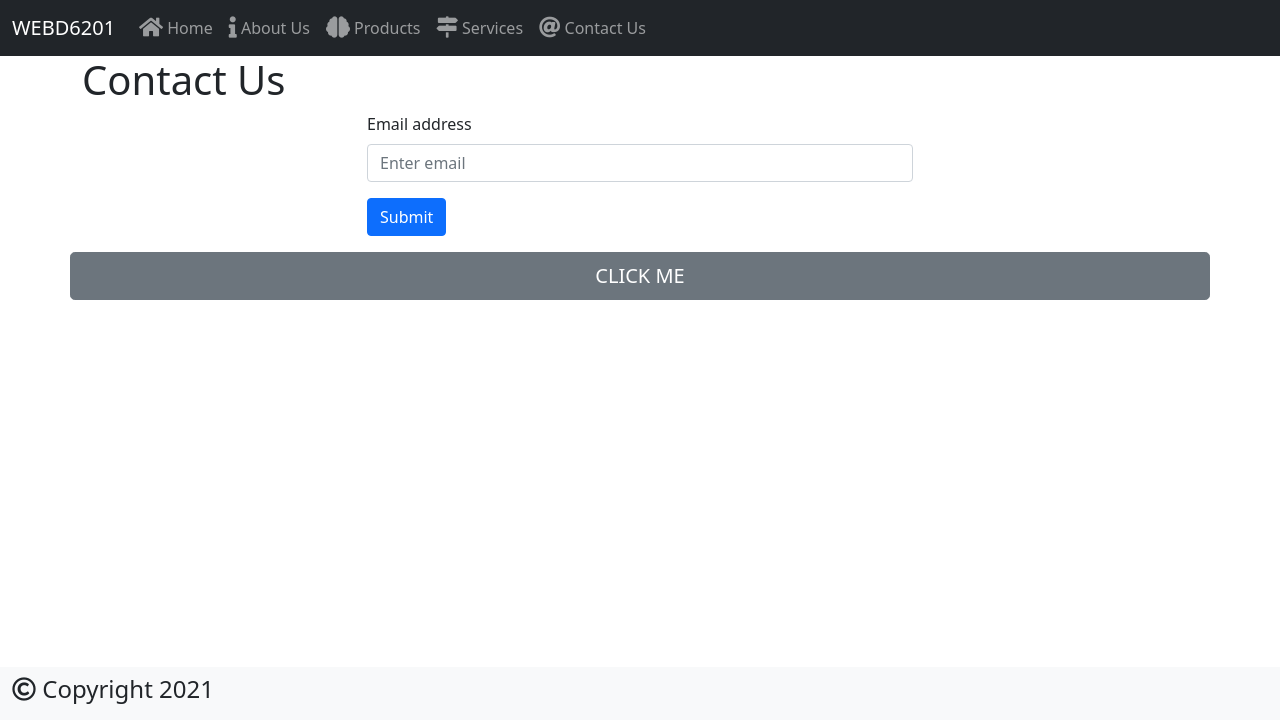
Repository: GarlicButterBoy/WEBD6201-Week1
Page: contact.html
These files come from the project's save history. The page is drawn as it stood at one moment and after the next save; the edit follows.
The browser window is 1280 px wide. The pictures show the whole page.

Above is the page before, as saved 2021-01-21 09:22:16.

### contact.html
<!DOCTYPE html>
<html lang="en">
<head>
    <meta charset="UTF-8">
    <meta name="viewport" content="width=device-width, initial-scale=1.0">
    <title>Contact Us</title>

    <!-- CSS Section -->
    <link rel="stylesheet" href="./node_modules/bootstrap/dist/css/bootstrap.min.css">
    <link rel="stylesheet" href="./node_modules/@fortawesome/fontawesome-free/css/all.min.css">
    <link rel="stylesheet" href="./Content/app.css">

</head>
<body>
       <!-- Main Nav Header -->

       <header>
         <!--Main Navigation-->
        <nav class="navbar navbar-expand-lg navbar-dark bg-dark">
            <div class="container-fluid">
              <a class="navbar-brand" href="index.html">WEBD6201</a>
              <button class="navbar-toggler" type="button" data-bs-toggle="collapse" data-bs-target="#navbarSupportedContent" aria-controls="navbarSupportedContent" aria-expanded="false" aria-label="Toggle navigation">
                <span class="navbar-toggler-icon"></span>
              </button>
              <div class="collapse navbar-collapse" id="navbarSupportedContent">
                <ul class="navbar-nav ml-auto mb-2 mb-lg-0">

                  <li class="nav-item">
                    <a class="nav-link" aria-current="page" href="index.html">
                        <i class="fas fa-home fa-lg"></i> Home</a>
                  </li>

                  <li class="nav-item">
                    <a class="nav-link" aria-current="page" href="about.html">
                        <i class="fas fa-info fa-lg"></i> About Us</a>
                  </li>

                  <li class="nav-item">
                    <a class="nav-link" aria-current="page" href="products.html">
                        <i class="fas fa-brain fa-lg"></i> Products</a>
                  </li>

                  <li class="nav-item">
                    <a class="nav-link" aria-current="page" href="services.html">
                        <i class="fas fa-map-signs fa-lg"></i> Services</a>
                  </li>

                  <li class="nav-item  active">
                    <a class="nav-link" aria-current="page" href="contact.html">
                        <i class="fas fa-at fa-lg"></i> Contact Us</a>
                  </li>

                </ul>
              </div>
            </div>
          </nav>
    </header>
<!--Main Content-->
    <main class="container">
        <h1>Contact Us</h1>

        <div class="row justify-content-lg-center">
        <form class="col-lg-6 col-md-10 col-sm-10">

          <div class="mb-3">
            <label for="exampleInputEmail1" class="form-label">Email address</label>
            <input type="email" class="form-control" id="exampleInputEmail1" aria-describedby="emailHelp" placeholder="Enter email">
          </div>

          <button type="submit" class="btn btn-primary">Submit</button>
        </form>

        <p id="paragraphOne" ></p>
        <button class="btn btn-secondary btn-lg" id="clickMeButton">CLICK ME</button>

      </div>
    </main>
<!--Main Footer-->
    <footer>
        <nav class="navbar fixed-bottom navbar-light bg-light">
            <div class="container-fluid">
              <h4><i class="far fa-copyright" ></i> Copyright 2021</h4>
            </div>
        </nav>
    </footer>

    <!-- JavaScript Section -->
    <script src="./node_modules/jquery/dist/jquery.min.js"></script>
    <script src="./node_modules/bootstrap/dist/js/bootstrap.bundle.min.js"></script>
    <script src="./Scripts/app.js"></script>

</body>
</html>

### Content/app.css
/*
 * Custom CSS goes here!
 */

### Scripts/app.js
/*
 * Custom Scripts go here!
 */

//IIFE - Immediately Invoked Function Expression
//AKA - Anonymous Self-Executing Function
//Closure - Limits Scope Leak

"use strict";

(function()
{

    function displayHome()
    {

    }

    function displayAbout()
    {

    }

    function displayProducts()
    {

    }

    function displayServices()
    {

    }

    function displayContact()
    {

    }

    //Initialization Function
    function Start()
    {

       console.log("App Started...");
       switch(document.title)
       {
           case 'Home':
               displayHome();
               break;
           case 'About':
               displayAbout();
               break;
           case 'Products':
               displayProducts();
               break;
           case 'Services':
               displayServices();
               break;
           case 'Contact':
               displayContact();
               break;
       }

/*
       let paragraphOneText = "This is a simple site to demonstrate DOM Manipulation for ICE 01.";

       let paragraphOneElement = document.getElementById("paragraphOne");

       paragraphOneElement.className = "fs-5 fw-bold";
       paragraphOneElement.textContent = paragraphOneText;

       //Step 1. document.createElement
       let newParagraph = document.createElement("p");
       //Step 2. Configure the element
       newParagraph.setAttribute("id", "paragraphTwo");
       newParagraph.textContent = "...And this is paragraph Two.";
       //Step 3. Select the parent
       let mainContent = document.getElementsByTagName("main")[0];
       //Step 4. Add/Insert the element
       mainContent.appendChild(newParagraph);

       paragraphTwo.className = "fs-6";

       //Another way to inject a comment
       let paragraphDiv = document.createElement('div');
       let paragraphThree = `<p class="fs-7" fw-bold>This is the third paragraph.</p>`;
       paragraphDiv.innerHTML = paragraphThree;

       //Insertion Before
       //paragraphTwo.before(paragraphDiv);

       //Insertion After
       paragraphTwo.after(paragraphDiv);

       //deletions
       //target an element
       //paragraphOneElement.remove();//remove a single element
       //target a child (rough)
       mainContent.removeChild(paragraphOneElement);

       //updates/modifications
       //paragraphTwoElement.firstChild.textContent = "This is an update. Welcome back!";
       mainContent.firstElementChild.textContent = "This is an update. Welcome back!";

        mainContent.innerHTML =
        `
        <h1 id="firstHeading">Welcome to Webd6201 - Lab 1</h1>
        <p id="firstParagraph" class="fw-bold">This is the first paragraph</p>
        `;
*/
       for (let index = 0; index < 5; index++)
       {

        console.log(index);

        let clickMeButton = document.getElementById("clickMeButton");



        clickMeButton.addEventListener("click", ()=>
        {
            console.log("Click me button was depressed :(");
        });
       }
    }
    //Event Listener
    window.addEventListener("load", Start);

})();

Loaded but not shown: node_modules/bootstrap/dist/css/bootstrap.min.css (library); node_modules/@fortawesome/fontawesome-free/css/all.min.css (library); node_modules/jquery/dist/jquery.min.js (library); node_modules/bootstrap/dist/js/bootstrap.bundle.min.js (library)

After the next save:
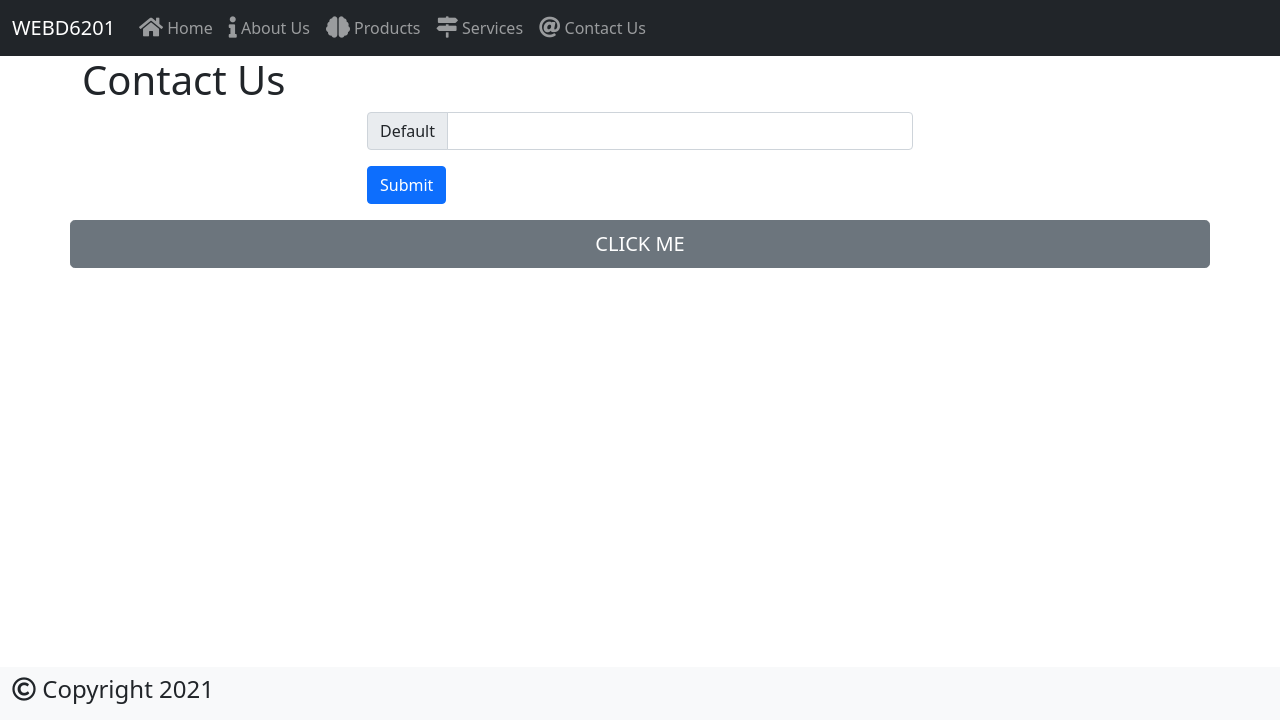
Saved 3 min 43 s later.
--- a/contact.html
+++ b/contact.html
@@ -62,9 +62,9 @@
         <div class="row justify-content-lg-center">
         <form class="col-lg-6 col-md-10 col-sm-10">
 
-          <div class="mb-3">
-            <label for="exampleInputEmail1" class="form-label">Email address</label>
-            <input type="email" class="form-control" id="exampleInputEmail1" aria-describedby="emailHelp" placeholder="Enter email">
+          <div class="input-group mb-3">
+            <span class="input-group-text" id="inputGroup-sizing-default">Default</span>
+            <input type="text" class="form-control" aria-label="Sizing example input" aria-describedby="inputGroup-sizing-default">
           </div>
 
           <button type="submit" class="btn btn-primary">Submit</button>
